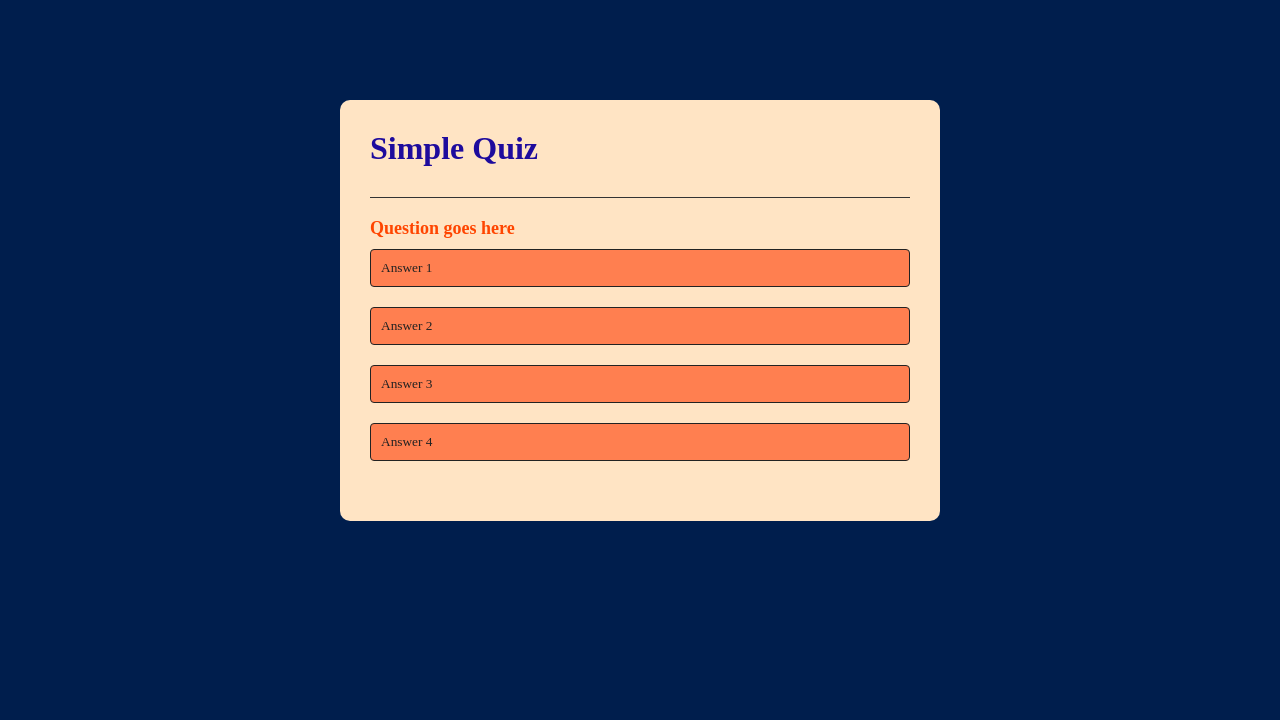
Repository: supriya123yadav/Quiz-project
Page: index.html
An editor plug-in stored every save of this project. The page is shown before and after the next save, followed by the edit.
The browser window is 1280 px wide. The pictures show the whole page.

Above is the page before, as saved 2024-07-11 09:58:54.

### index.html
<!DOCTYPE html>
<html lang="en">

<head>
    <meta charset="UTF-8">
    <meta name="viewport" content="width=device-width, initial-scale=1.0">
    <title>Quiz App - Easy Tutorials</title>
    <link rel="stylesheet" href="style.css">
</head>

<body>
    <div class="app">
        <h1>Simple Quiz</h1>
        <div class="quiz">
            <h2 id="question">Question goes here</h2>
            <div id="answer-buttons">
                <button class="btn">Answer 1</button>
                <button class="btn">Answer 2</button>
                <button class="btn">Answer 3</button>
                <button class="btn">Answer 4</button>
            </div>
            <button id="next-btn">Next-btn</button>

        </div>


    </div>
<script src="script.js"></script>
</body>

</html>

### style.css
* {
    margin: 0px;
    padding: 0px;
    font-family: serif;
    box-sizing: border-box;

}
body{
    background: #001e4d;
}
.app{
    background:bisque;
    width: 90%;
    max-width: 600px;
    margin: 100px auto 0;
    border-radius: 10px;
    padding: 30px;

}
.app h1{
   font-weight: 25px;
   color: rgb(30, 11, 157);
   font-weight: 600px;
   border-bottom: 1px solid #333;
   padding-bottom: 30px;
}
.quiz{
    padding: 20px 0;

}
.quiz h2{
    font-size: 18px;
    color: orangered;
    font-weight: 600;

}
.btn{
    background: coral;
    color: #222;
    font-weight: 500;
    width: 100%;
    border: 1px solid #222;
    padding: 10px;
    margin: 10px 0;
    text-align: left;
    border-radius: 4px;
    cursor: pointer;
}
.btn:hover{
    background: rgb(140, 42, 42);
    color: white;
}
#next-btn{
    background: #43261f;
    color: #fff;
    font-weight: 500;
    width: 150px;
    border: 0;
    padding: 10px;
    margin: 20px auto 0;
    cursor: pointer;
    display: none;

}

### script.js
const questions = [
    {
       question: "Which is the largest animal in the world?",
       answers: [
        { text: "Shark", correct: false},
        { text: "Blue Whale", correct: true},
        { text: "Elephant", correct: false},
        { text: "Giraffe", correct: false},

       ]
    },
    {
        question: "Which is the smallest country in the world?",
        answers: [
         { text: "Vatican City", correct: true},
         { text: "Bhutan", correct: false},
         { text: "Nepal", correct: false},
         { text: "Sri Lanka", correct: false},

        ]
     },
     {
        question: "Which is the largest desert in the world?",
        answers: [
         { text: "Kalahari", correct: false},
         { text: "Gobi", correct: false},
         { text: "Sahara", correct: false},
         { text: "Antarctica", correct: true},

        ]
     },
     {
        question: "Which is the smallest continent in the world?",
        answers: [
         { text: "Asia", correct: false},
         { text: "Australia", correct: true},
         { text: "Arctic", correct: false},
         { text: "Africa", correct: false},

        ]
     }

];

const questionElement = document.getElementById("question");
const answerButton = document.getElementById("answer-buttons");
const nextButton = document.getElementById("next-btn");

let currentQuestionIndex = 0;
let score = 0;

function startQuiz(){
    currentQuestionIndex = 0;
    score = 0;
    nextButton.innerHTML = "Next";
    showQuestion();
}
function showQuestion(){
    let currentQuestion = questions[currentQuestionIndex];
    let questionNo = currentQuestionIndex + 1;
    questionElement.innerHTML = questionNo + ". " + currentQuestion.question;

}

After the next save:
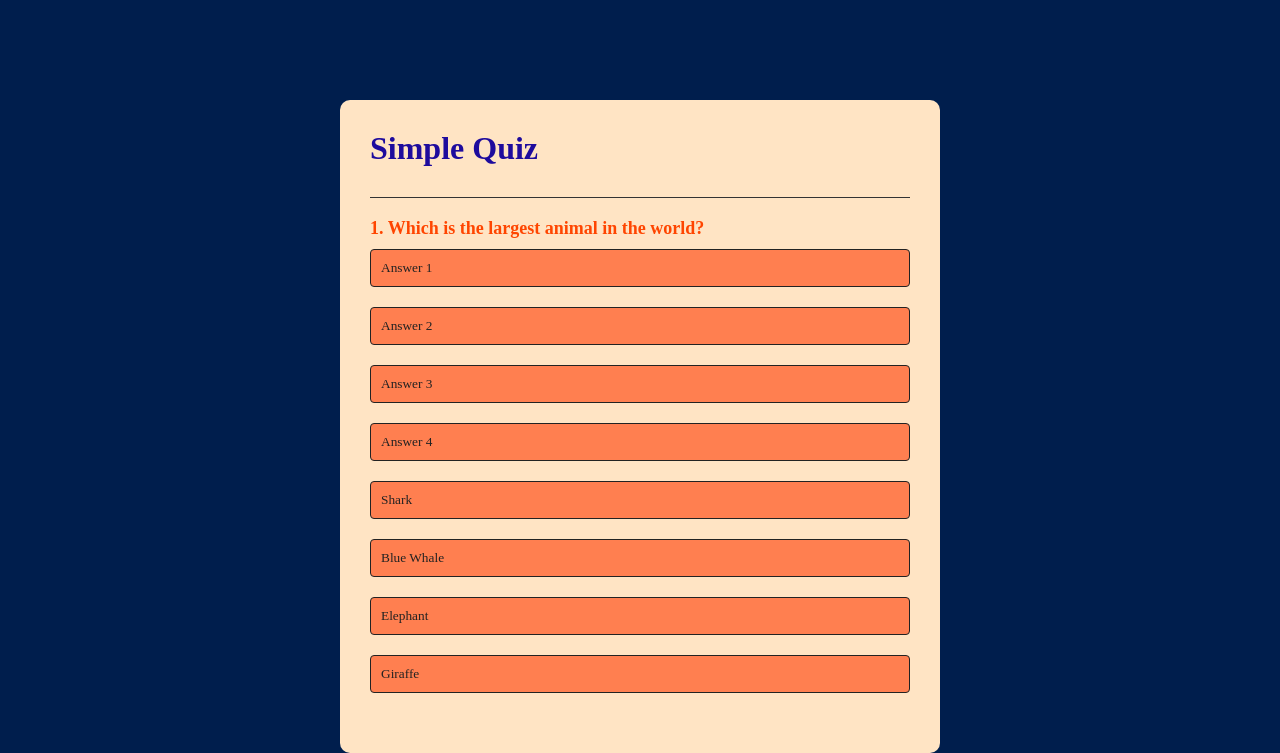
Saved 11 min 44 s later.
--- a/script.js
+++ b/script.js
@@ -8,6 +8,7 @@
         { text: "Giraffe", correct: false},
 
        ]
+
     },
     {
         question: "Which is the smallest country in the world?",
@@ -60,4 +61,13 @@
     let questionNo = currentQuestionIndex + 1;
     questionElement.innerHTML = questionNo + ". " + currentQuestion.question;
 
+    currentQuestion.answers.forEach(answer =>{
+      const button = document.createElement("button");
+      button.innerHTML = answer.text;
+      button.classList.add("btn");
+      answerButton.appendChild(button);
+    });
+
 }
+
+startQuiz();

After the save that followed:
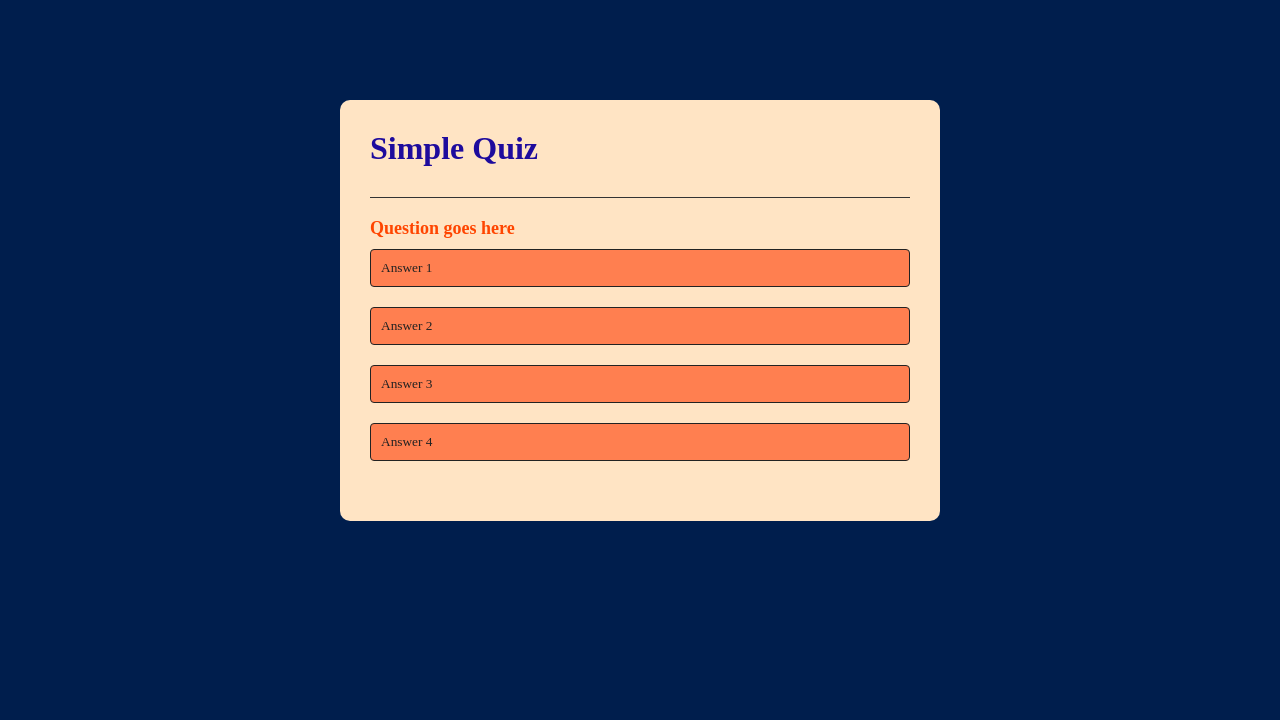
Console error: SyntaxError: Unexpected token '}'
Saved 4 min 27 s later.
--- a/script.js
+++ b/script.js
@@ -44,7 +44,7 @@
 ];
 
 const questionElement = document.getElementById("question");
-const answerButton = document.getElementById("answer-buttons");
+const answerButtons = document.getElementById("answer-buttons");
 const nextButton = document.getElementById("next-btn");
 
 let currentQuestionIndex = 0;
@@ -57,6 +57,7 @@
     showQuestion();
 }
 function showQuestion(){
+   resetState();
     let currentQuestion = questions[currentQuestionIndex];
     let questionNo = currentQuestionIndex + 1;
     questionElement.innerHTML = questionNo + ". " + currentQuestion.question;
@@ -70,4 +71,9 @@
 
 }
 
+function resetState(){
+   nextButton.style.display = "none";
+   while(answerButtons)
+}
+
 startQuiz();
